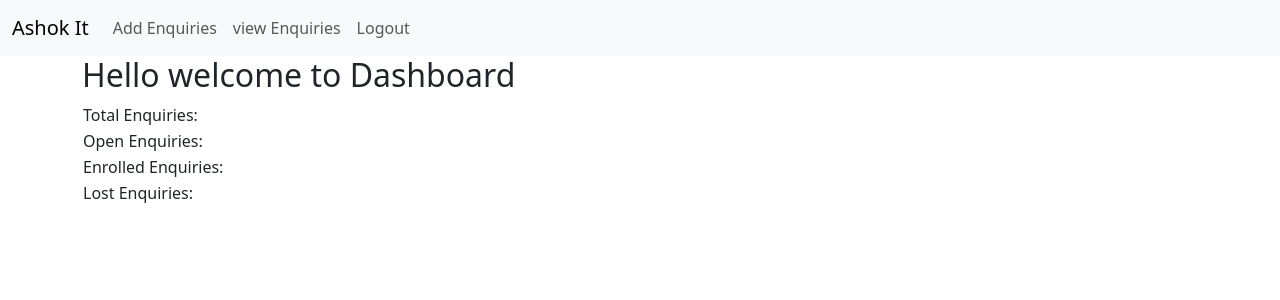
Repository: dibyajyotipanigrahi/Mini-Projects
Page: http://localhost/dashboard
These files come from the project's save history. The page is drawn as it stood at one moment and after the next save; the edit follows.
The browser window is 1280 px wide. The pictures show the whole page.
The page is this project's Thymeleaf template; nobody is signed in. The template is opened directly, without the code that normally fills it, so the values that code supplies are empty.

Above is the page before, as saved 2024-04-25 19:07:47.

### 01-Councellors-Application/src/main/resources/templates/dashboard.html
<!doctype html>
<html lang="en">

<head>
	<meta charset="utf-8">
	<meta name="viewport" content="width=device-width, initial-scale=1">
	<title>Login</title>
	<link href="https://cdn.jsdelivr.net/npm/bootstrap@5.3.3/dist/css/bootstrap.min.css" rel="stylesheet"
		integrity="sha384-QWTKZyjpPEjISv5WaRU9OFeRpok6YctnYmDr5pNlyT2bRjXh0JMhjY6hW+ALEwIH" crossorigin="anonymous">


</head>

<body>

	<nav class="navbar navbar-expand-lg bg-body-tertiary">
		<div class="container-fluid">
			<a class="navbar-brand" href="#">Ashok It</a>
			<button class="navbar-toggler" type="button" data-bs-toggle="collapse" data-bs-target="#navbarNav"
				aria-controls="navbarNav" aria-expanded="false" aria-label="Toggle navigation">
				<span class="navbar-toggler-icon"></span>
			</button>
			<div class="collapse navbar-collapse" id="navbarNav">
				<ul class="navbar-nav">

					<li class="nav-item">
						<a class="nav-link" href="enquiry">Add Enquiries</a>
					</li>
					<li class="nav-item">
						<a class="nav-link" href="enquiries">view Enquiries</a>
					</li>
					<li class="nav-item">
						<a class="nav-link" href="logout">Logout</a>
					</li>

				</ul>
			</div>
		</div>
	</nav>
	<div class="container">
		<h2>Hello welcome to Dashboard</h2>
		<table>

			<tr>
				<td>Total Enquiries:</td>
				<td th:text="${dashboard.totalEnqs}"></td>
			</tr>
			<tr>
				<td>Open Enquiries:</td>
				<td th:text="${dashboard.openEnqs}"></td>
			</tr>

			<tr>
				<td>Enrolled Enquiries:</td>
				<td th:text="${dashboard.enrolledEnqs}"></td>
			</tr>
			<tr>
				<td>Lost Enquiries:</td>
				<td th:text="${dashboard.lostEnqs}"></td>
			</tr>
		</table>
		</form>
	</div>
	<script src="https://cdn.jsdelivr.net/npm/bootstrap@5.3.3/dist/js/bootstrap.bundle.min.js"
		integrity="sha384-YvpcrYf0tY3lHB60NNkmXc5s9fDVZLESaAA55NDzOxhy9GkcIdslK1eN7N6jIeHz"
		crossorigin="anonymous"></script>
</body>

</html>

After the next save:
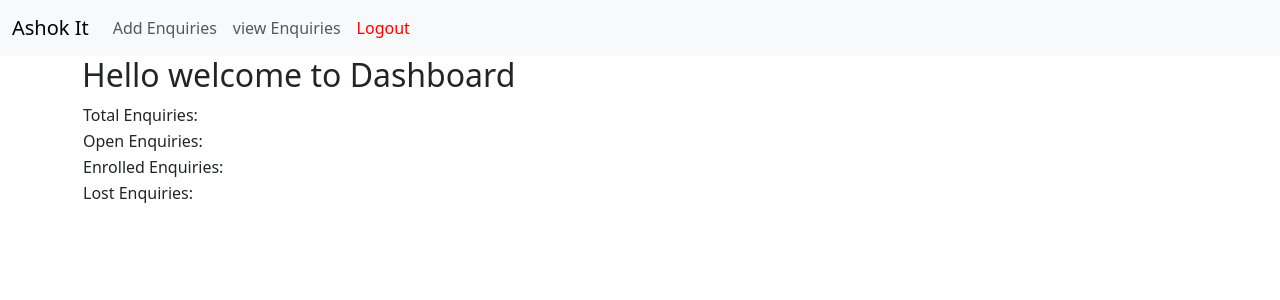
Saved 50 s later.
--- a/01-Councellors-Application/src/main/resources/templates/dashboard.html
+++ b/01-Councellors-Application/src/main/resources/templates/dashboard.html
@@ -30,7 +30,7 @@
 						<a class="nav-link" href="enquiries">view Enquiries</a>
 					</li>
 					<li class="nav-item">
-						<a class="nav-link" href="logout">Logout</a>
+						<a class="nav-link" href="logout" style="color: red;">Logout</a>
 					</li>
 
 				</ul>
